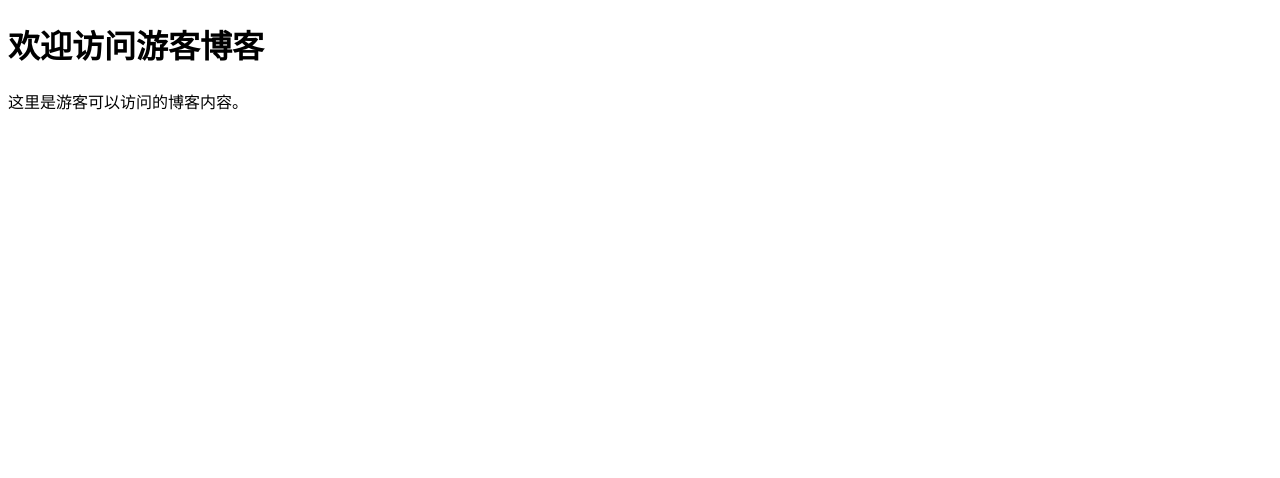
Repository: Jutta197/blog_0815
Page: src/main/resources/static/guest_blog.html
These files come from the project's save history. The page is drawn as it stood at one moment and after the next save; the edit follows.
The browser window is 1280 px wide. The pictures show the whole page.

Above is the page before, as saved 2023-08-15 12:27:55.

After the next save:
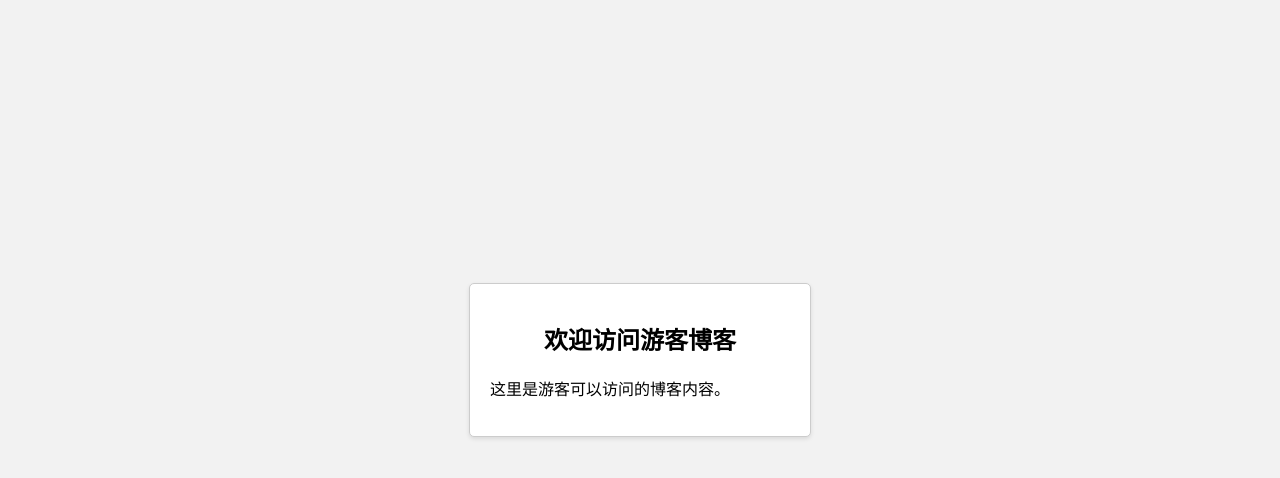
Saved 32 s later.
--- a/src/main/resources/static/guest_blog.html
+++ b/src/main/resources/static/guest_blog.html
@@ -2,7 +2,10 @@
 <html lang="ja">
 
 <head>
-    <!-- 省略头部内容 -->
+    <meta charset="UTF-8">
+    <meta name="viewport" content="width=device-width, initial-scale=1.0">
+    <title>テスト</title>
+    <link rel="stylesheet" href="login.css">
 </head>
 
 <body>
